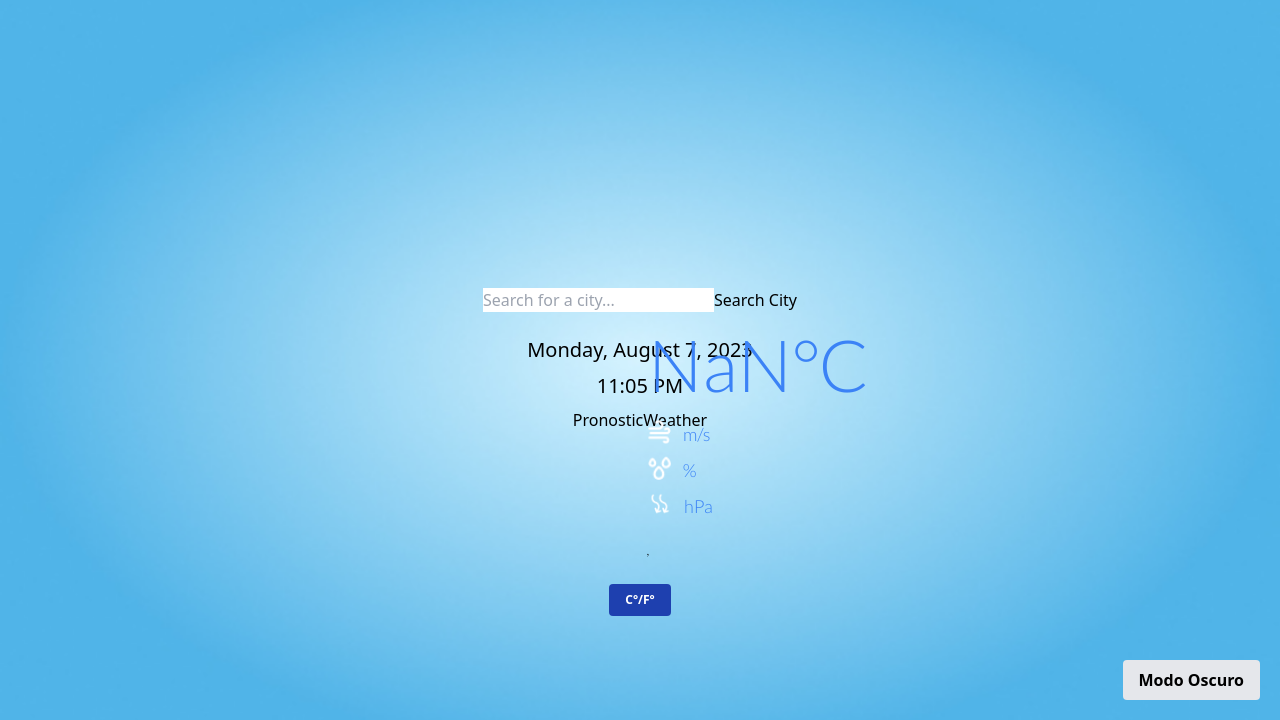
Repository: LukasMoyano/WeatherApp-_-LukasMoyano-_-V-_4.0_6.6.6
Page: /
An editor plug-in stored every save of this project. The page is shown before and after the next save, followed by the edit.
The browser window is 1280 px wide. The pictures show the whole page.
The page's requests for data from a server got no answer. The project was rebuilt for these pictures with package versions that can differ from the ones it lists, and the page was loaded fresh each time. No one was signed in, and anything a server would have sent is missing. Also part of the build but not shown: vite.config.js.

Above is the page before, as saved 2023-08-08 00:32:35.

After the next save:
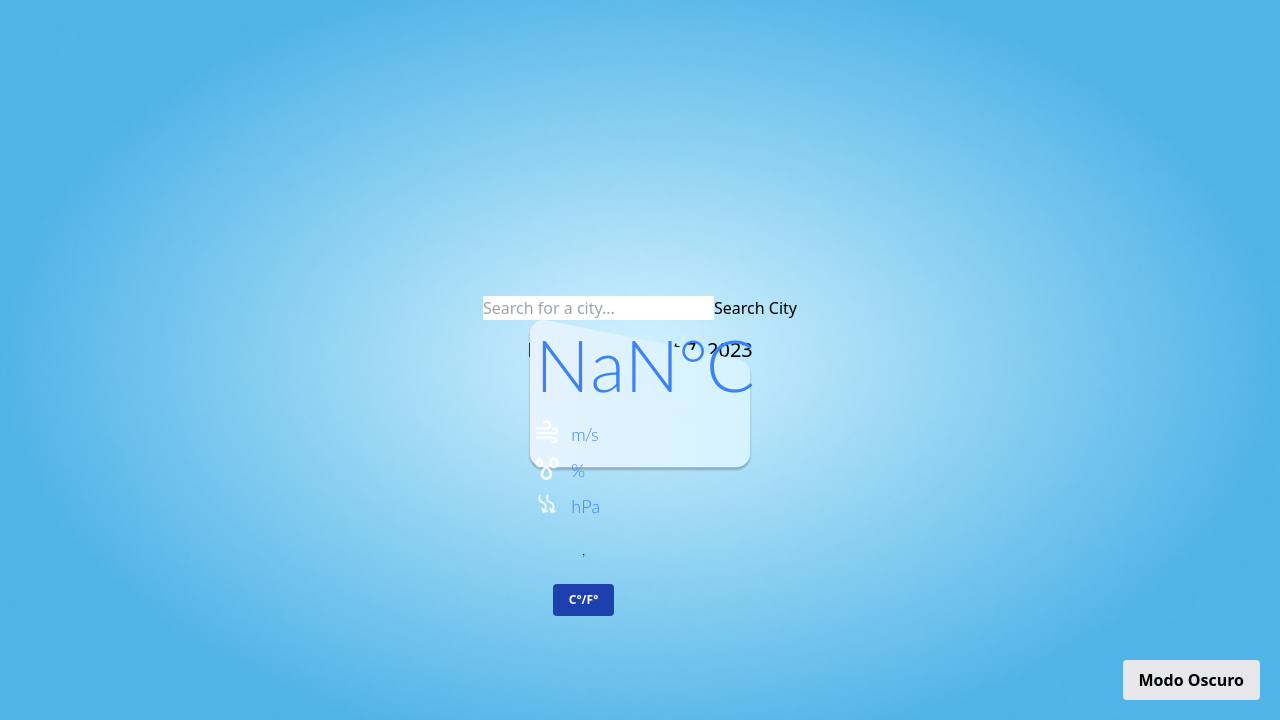
Saved 11 s later.
--- a/src/components/Weather.jsx
+++ b/src/components/Weather.jsx
@@ -56,7 +56,7 @@ const iconspngweathers = {
   const { date, time } = getCurrentDateTime();
 
   return (
-<main className = "p-2 flex flex-col justify-center items-center ">
+<main className = "">
 
 
 
